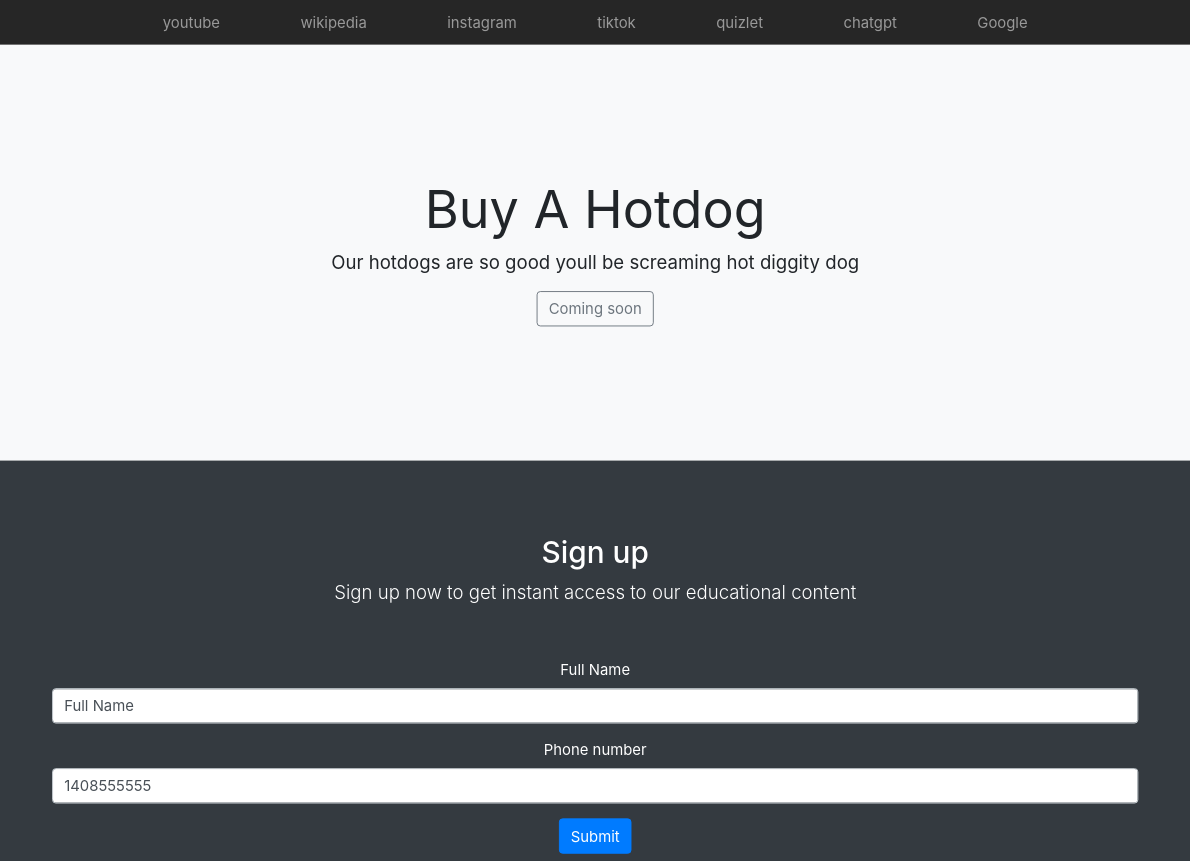
Repository: jkim1367/jacobkim-website
Page: LearnCS8-Twilio/index.html
The author's editor kept a record of every edit. The page is drawn from the files as they stood at one moment, then again after the next edit.
The browser window is 1280 px wide. The pictures show the whole page, at 93% of full size.

Above is the page before.

After the next edit:
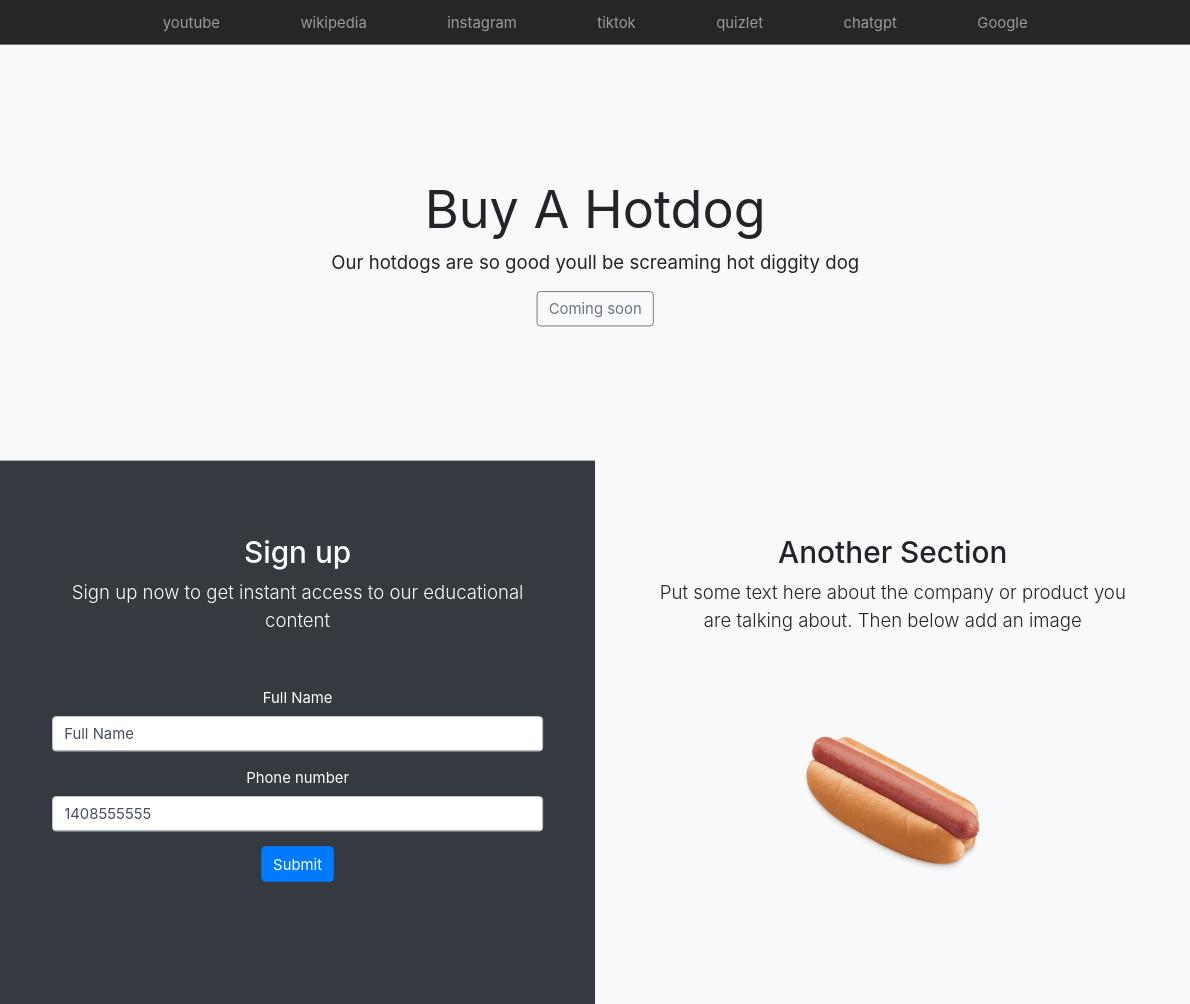
The edit:
--- a/LearnCS8-Twilio/index.html
+++ b/LearnCS8-Twilio/index.html
@@ -74,5 +74,15 @@
             <button type="submit" class="btn btn-primary">Submit</button>
         </form>
     </div>
+    <!-- Right Tile -->
+    <div class="bg-light pt-3 px-3 pt-md-5 px-md-5 text-center overflow-hidden">
+        <div class="my-3 p-3">
+            <h2 class="display-5">Another Section</h2>
+            <p class="lead">Put some text here about the company or product you are talking about. Then below add an image</p>
+            <img class="mx-auto" src="classic-hot-dog.png" height="250px">
+        </div>
+        <div class="mx-auto" style="width: 80%; height: 100px; border-radius: 21px 21px 0 0;"></div>
+    </div>
+</div>
   </body>
 </html>
